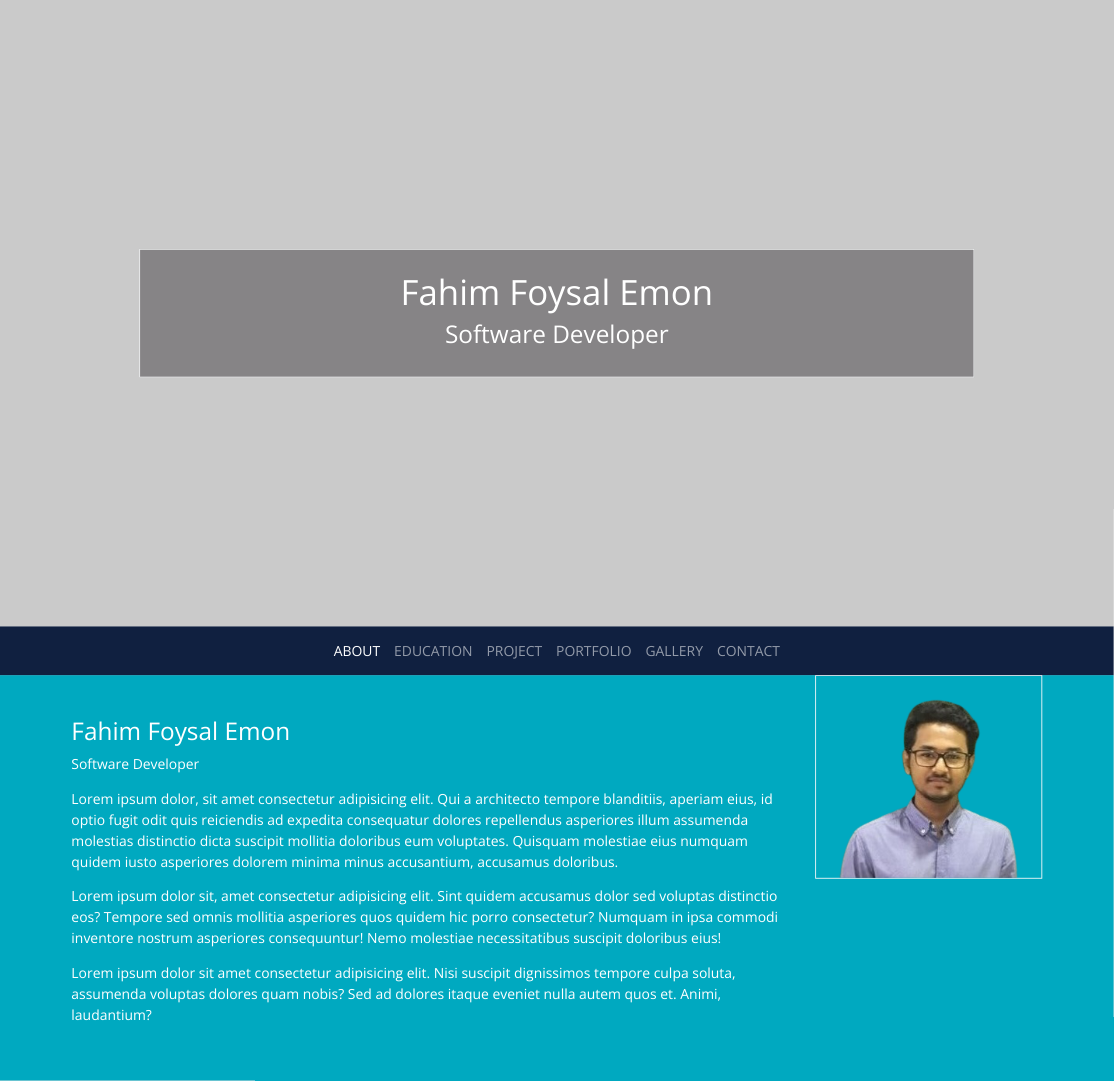
Repository: emowzz/emowzz.github.io
Page: index.html
These files come from the project's save history. The page is drawn as it stood at one moment and after the next save; the edit follows.
The browser window is 1280 px wide. The pictures show the whole page, at 87% of full size.
Some web libraries are served in a nearby version.

Above is the page before, as saved 2021-03-17 18:06:41.

### index.html
<!doctype html>
<html lang="en">

<head>
  <!-- Required meta tags -->
  <meta charset="utf-8">
  <meta name="viewport" content="width=device-width, initial-scale=1">
  <link rel="shortcut icon" type="image/png" href="./Image/myImgZoom.jpg">
  <!-- Bootstrap CSS -->
  <link href="https://cdn.jsdelivr.net/npm/bootstrap@5.0.0-beta2/dist/css/bootstrap.min.css" rel="stylesheet"
    integrity="sha384-BmbxuPwQa2lc/FVzBcNJ7UAyJxM6wuqIj61tLrc4wSX0szH/Ev+nYRRuWlolflfl" crossorigin="anonymous">
  <link rel="preconnect" href="https://fonts.gstatic.com">
  <link href="https://fonts.googleapis.com/css2?family=Open+Sans:wght@300&display=swap" rel="stylesheet">
  <link rel="stylesheet" href="./CSS/style.css">


  <title>Hi There, I'm Fahim Foysal Emon!</title>

  <script src="https://kit.fontawesome.com/a076d05399.js" crossorigin="anonymous"></script>
</head>

<body>

  <!-- this is banner section -->
  <section class="banner-container container-fluid">
    <div class="row vh-100">
      <div class="col-md-9 banner-column m-auto text-center text-white p-4 border border-light">
        <h1 class="display:4 font-weight:bolder">Fahim Foysal Emon</h1>
        <h3>Software Developer</h3>
      </div>
    </div>
  </section>

  <!-- this is nav-bar section -->
  <nav class="navbar navbar-expand-lg navbar-dark navbar-container">
    <div class="container-fluid">
      <button class="navbar-toggler" type="button" data-bs-toggle="collapse" data-bs-target="#navbarSupportedContent"
        aria-controls="navbarSupportedContent" aria-expanded="false" aria-label="Toggle navigation">
        <span class="navbar-toggler-icon"></span>
      </button>
      <div class="collapse navbar-collapse" id="navbarSupportedContent">
        <ul class="navbar-nav m-auto mb-2 mb-lg-0">
          <li class="nav-item">
            <a class="nav-link active" aria-current="page" href="#About">ABOUT</a>
          </li>
          <li class="nav-item">
            <a class="nav-link" href="#Education">EDUCATION</a>
          </li>
          <li class="nav-item">
            <a class="nav-link" href="#Project">PROJECT</a>
          </li>
          <li class="nav-item">
            <a class="nav-link" href="#Portfolio">PORTFOLIO</a>
          </li>
          <li class="nav-item">
            <a class="nav-link" href="#Gallery">GALLERY</a>
          </li>
          <li class="nav-item">
            <a class="nav-link" href="#Contact">CONTACT</a>
          </li>
        </ul>
      </div>
    </div>
  </nav>

  <!-- this is about section -->
  <div class="about-container">
    <div class="container">
      <div class="row">
        <div class="col-md-9 py-5 text-white">
          <h3>Fahim Foysal Emon</h3>
          <p>Software Developer</p>
          <p>Lorem ipsum dolor, sit amet consectetur adipisicing elit. Qui a architecto tempore blanditiis, aperiam
            eius, id optio fugit odit quis reiciendis ad expedita consequatur dolores repellendus asperiores illum
            assumenda molestias distinctio dicta suscipit mollitia doloribus eum voluptates. Quisquam molestiae eius
            numquam quidem iusto asperiores dolorem minima minus accusantium, accusamus doloribus.</p>
          <p>Lorem ipsum dolor sit, amet consectetur adipisicing elit. Sint quidem accusamus dolor sed voluptas
            distinctio eos? Tempore sed omnis mollitia asperiores quos quidem hic porro consectetur? Numquam in ipsa
            commodi inventore nostrum asperiores consequuntur! Nemo molestiae necessitatibus suscipit doloribus eius!
          </p>
          <p>
            Lorem ipsum dolor sit amet consectetur adipisicing elit. Nisi suscipit dignissimos tempore culpa soluta,
            assumenda voluptas dolores quam nobis? Sed ad dolores itaque eveniet nulla autem quos et. Animi, laudantium?
          </p>
        </div>

        <div class="col-md-3">
          <img src="/Image/myImg.png" alt="" class="img-fluid border border-light">
        </div>
      </div>
    </div>
  </div>

  <!-- Optional JavaScript; choose one of the two! -->

  <!-- Option 1: Bootstrap Bundle with Popper -->
  <script src="https://cdn.jsdelivr.net/npm/bootstrap@5.0.0-beta2/dist/js/bootstrap.bundle.min.js"
    integrity="sha384-b5kHyXgcpbZJO/tY9Ul7kGkf1S0CWuKcCD38l8YkeH8z8QjE0GmW1gYU5S9FOnJ0"
    crossorigin="anonymous"></script>

  <!-- Option 2: Separate Popper and Bootstrap JS -->
  <!--
    <script src="https://cdn.jsdelivr.net/npm/@popperjs/core@2.6.0/dist/umd/popper.min.js" integrity="sha384-KsvD1yqQ1/1+IA7gi3P0tyJcT3vR+NdBTt13hSJ2lnve8agRGXTTyNaBYmCR/Nwi" crossorigin="anonymous"></script>
    <script src="https://cdn.jsdelivr.net/npm/bootstrap@5.0.0-beta2/dist/js/bootstrap.min.js" integrity="sha384-nsg8ua9HAw1y0W1btsyWgBklPnCUAFLuTMS2G72MMONqmOymq585AcH49TLBQObG" crossorigin="anonymous"></script>
    -->
</body>

</html>

### CSS/style.css
body {
    font-family: 'Open Sans', sans-serif;
}


.banner-container {
    background-color: #CACACA;
}

.banner-column {
    background-color: #868486;
}

.navbar-container {
    background-color: #102040;
}

.about-container {
    background-color: #00A9C0;
}

After the next save:
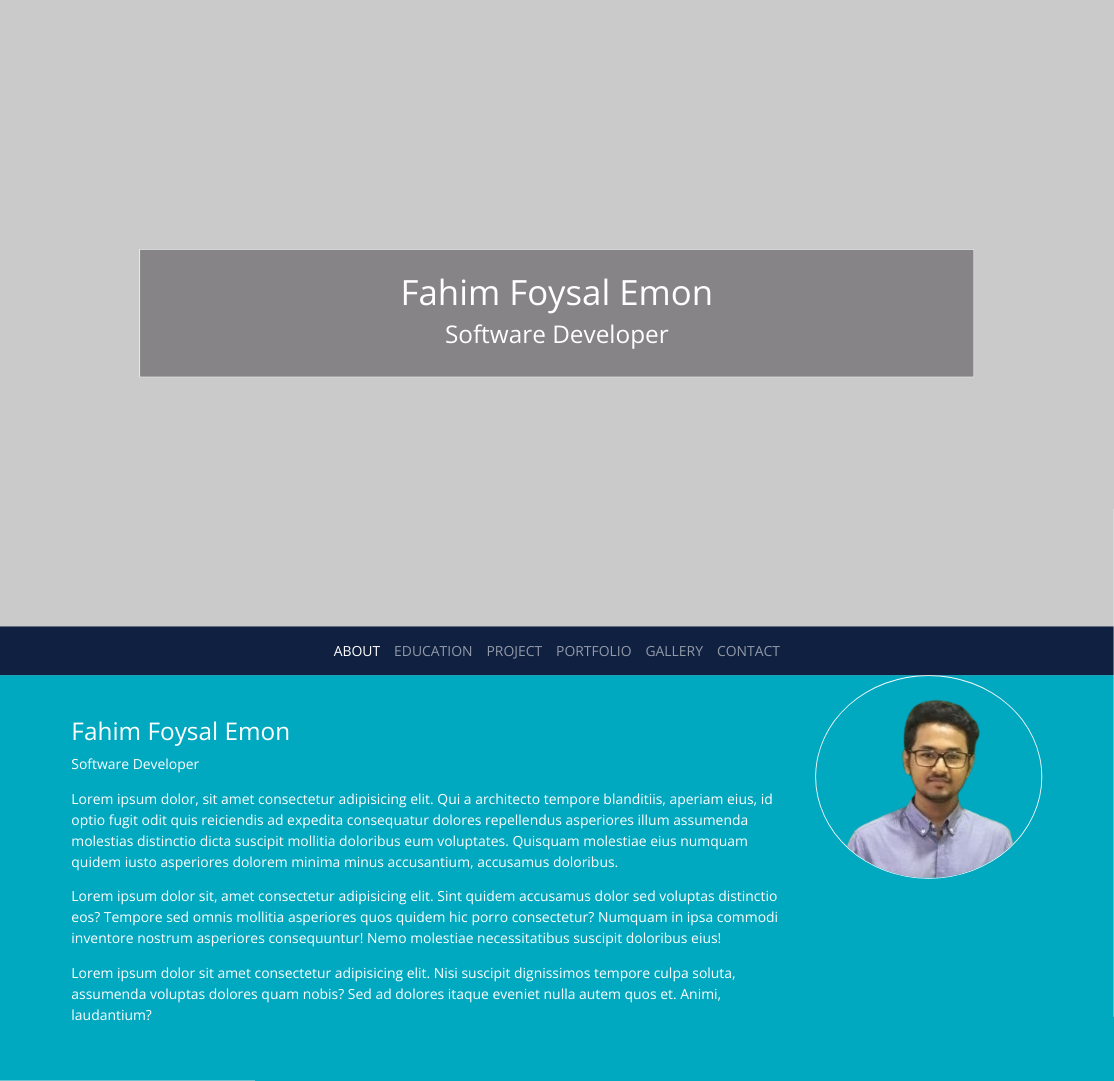
Saved 17 s later.
--- a/index.html
+++ b/index.html
@@ -85,7 +85,7 @@
         </div>
 
         <div class="col-md-3">
-          <img src="/Image/myImg.png" alt="" class="img-fluid border border-light">
+          <img src="/Image/myImg.png" alt="" class="img-fluid border rounded-circle border-light">
         </div>
       </div>
     </div>
